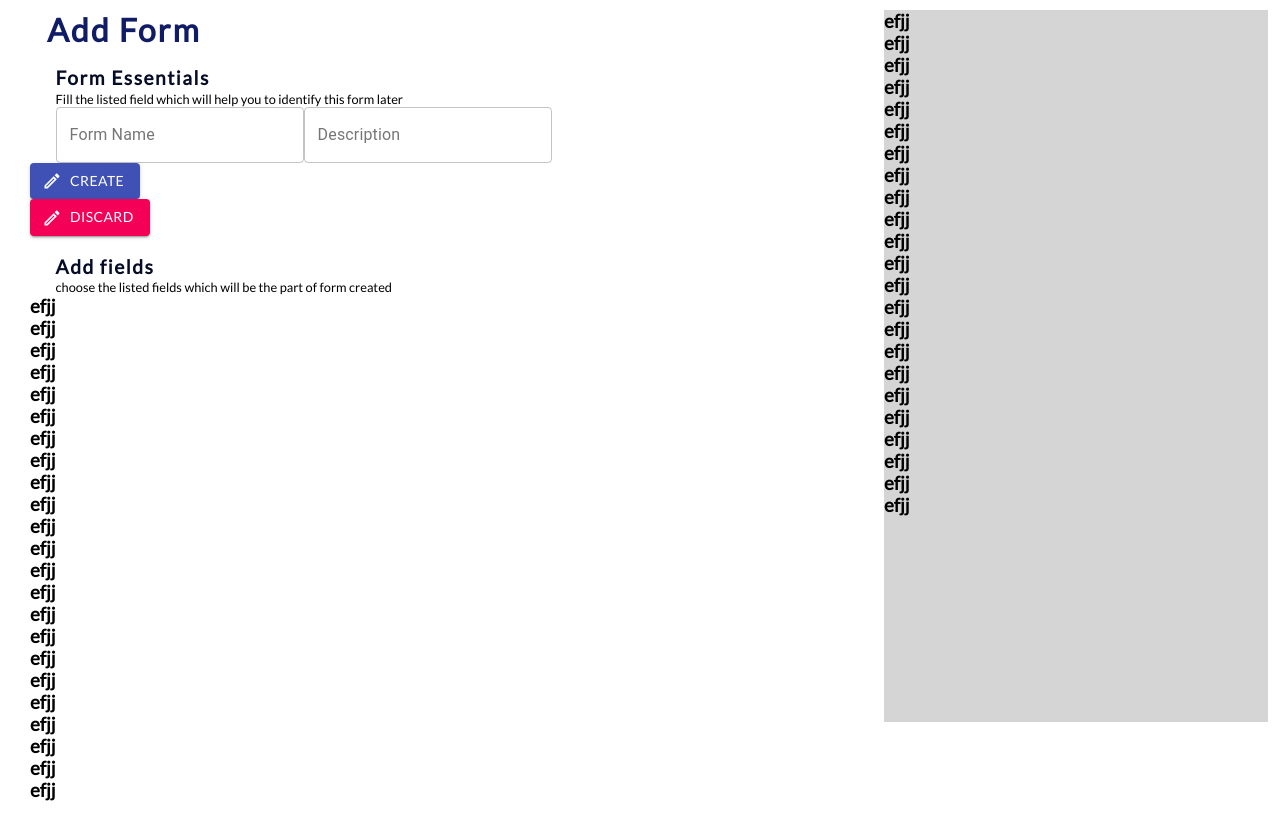
Repository: Architjain128/df
Page: /add
These files come from the project's save history. The page is drawn as it stood at one moment and after the next save; the edit follows.
The browser window is 1280 px wide. The pictures show the whole page.
The project was rebuilt for these pictures with package versions that can differ from the ones it lists, and the page was loaded fresh each time. Also part of the build but not shown: src/App.css, src/dftable.js, src/dataForm.js.

Above is the page before, as saved 2021-06-25 16:04:52.

After the next save:
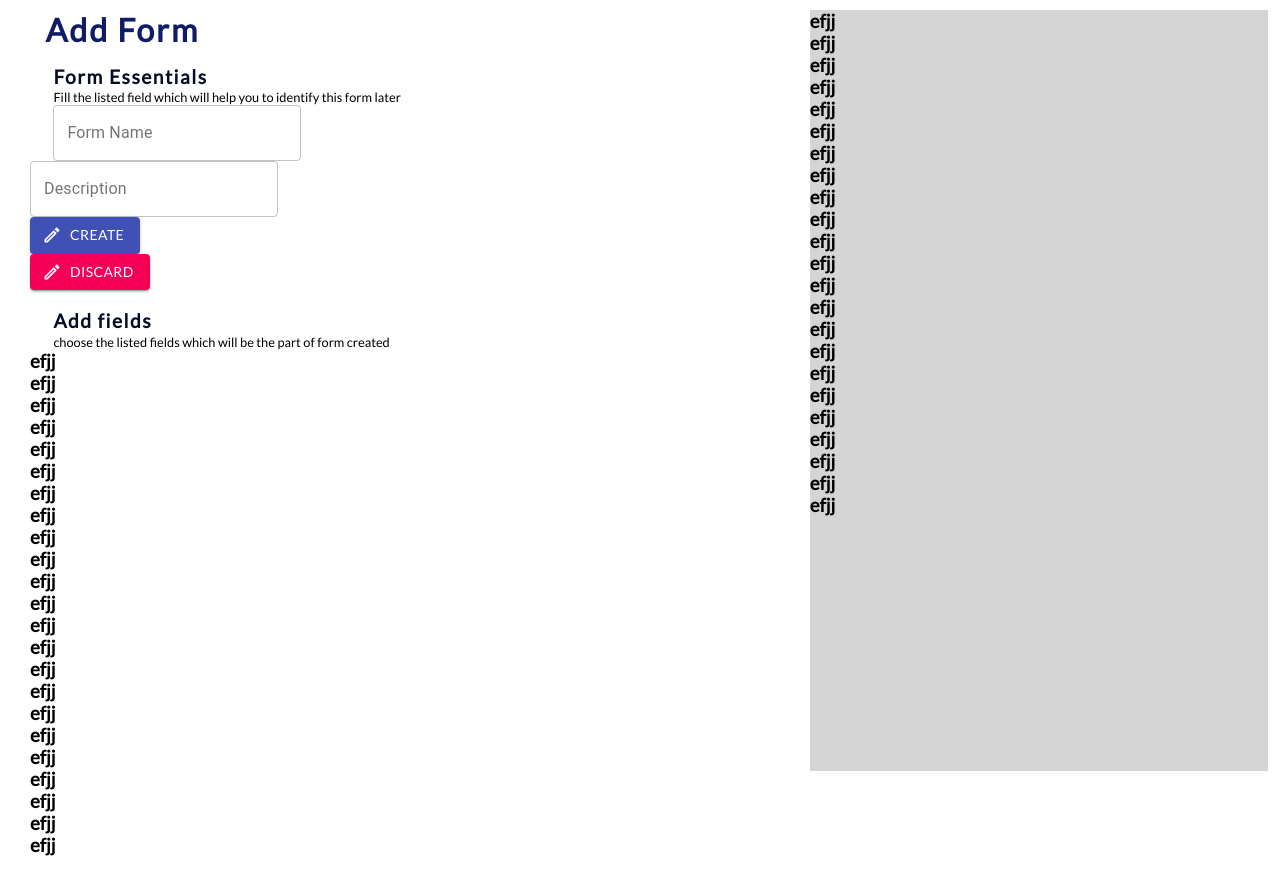
Saved 4 s later.
--- a/src/addDataForm.js
+++ b/src/addDataForm.js
@@ -14,7 +14,7 @@ class AddDataForm extends Component{
                             <div className="df-subtitle">Form Essentials</div>
                             <div className="df-description" >Fill the listed field which will help you to identify this form later</div>
                             <div className="df-form-ess">
-                                <TextField id="outlined-basic" label="Form Name" variant="outlined" />
+                                <TextField id="outlined-basic" label="Form Name" variant="outlined" /><br/>
                                 <TextField id="outlined-basic-large"  label="Description" variant="outlined"/>
                                 <div className="df-create2"><Button variant="contained" color="primary" startIcon={<CreateOutlinedIcon />}> Create </Button></div>
                                 <div className="df-create2"><Button variant="contained" href='/' color="secondary" startIcon={<CreateOutlinedIcon />}> Discard </Button></div>
